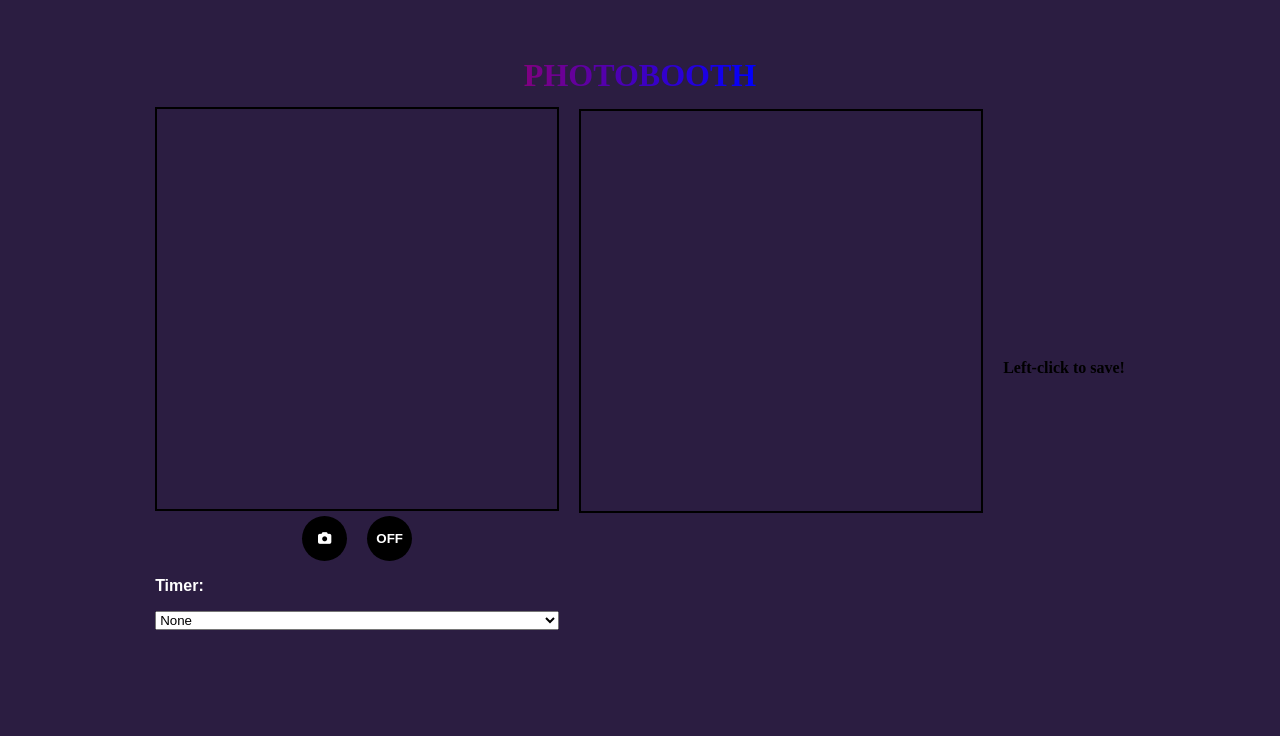
Repository: dmpelaez/photoBoothy
Page: Photobooth.html
An editor plug-in stored every save of this project. The page is shown before and after a run of saves, followed by the edit.
The browser window is 1280 px wide. The pictures show the whole page.
Some web libraries are served in a nearby version.

Above is the page before, as saved 2025-12-16 23:35:45.

After the next 2 saves:
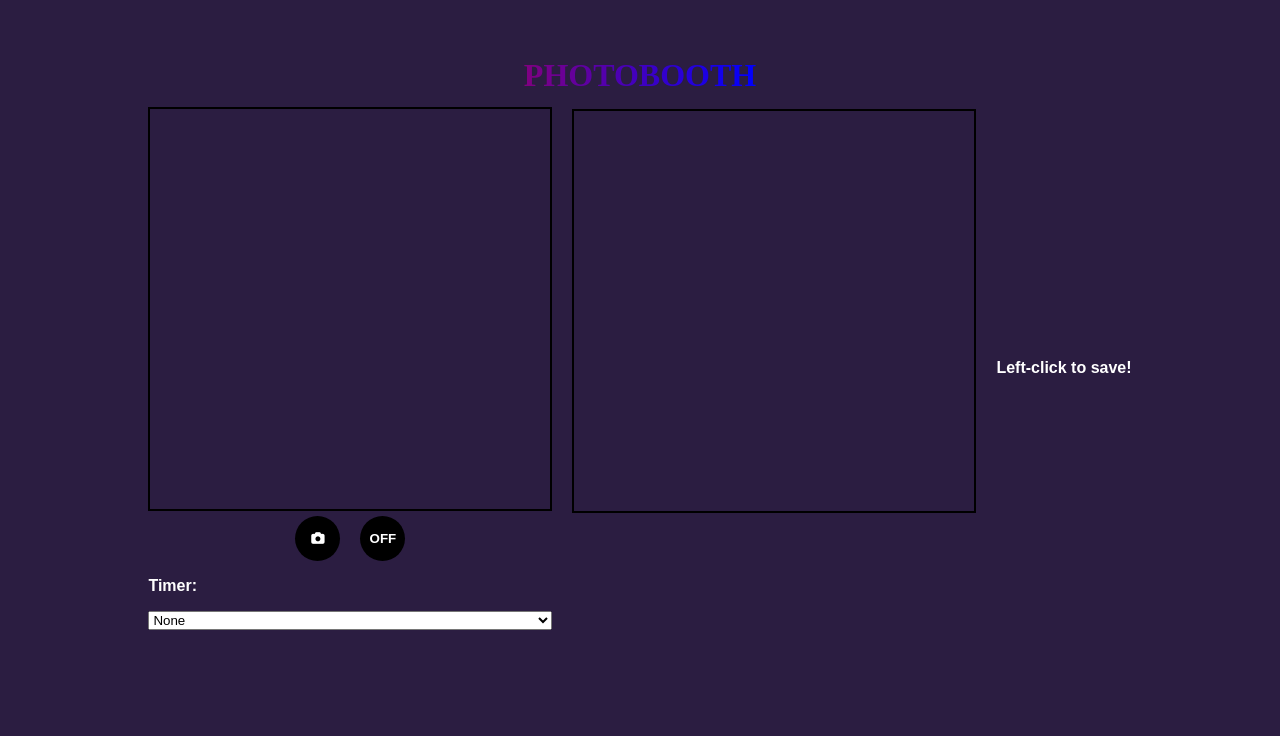
The 2 saves are shown as one change because they came seconds apart.
The last was saved 8 s later.
--- a/Photobooth.css
+++ b/Photobooth.css
@@ -89,4 +89,6 @@ display: none;
 }
 .save {
   font-weight: bold;
+  font-family: arial;
+  color: white;
 }
